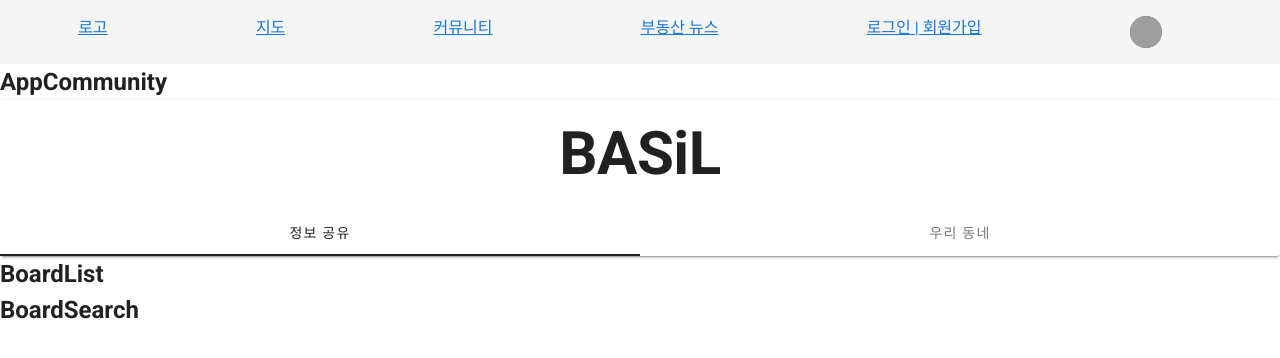
Repository: misso88/vue-whereIsMyHome
Page: /community
These files come from the project's save history. The page is drawn as it stood at one moment and after the next save; the edit follows.
The browser window is 1280 px wide. The pictures show the whole page.
The project was rebuilt for these pictures with package versions that can differ from the ones it lists, and the page was loaded fresh each time. Also part of the build but not shown: vue.config.js, src/views/AppMain.vue, src/components/house/sidebar/HouseListItem.vue, src/components/house/sidebar/HouseList.vue, src/components/house/sidebar/HouseListFilter.vue, src/components/house/sidebar/HouseSidebar.vue, src/components/house/map/HouseMapFilter.vue, src/components/house/map/HouseMap.vue and 2 more.

Above is the page before, as saved 2022-11-16 10:37:30.

After the next save:
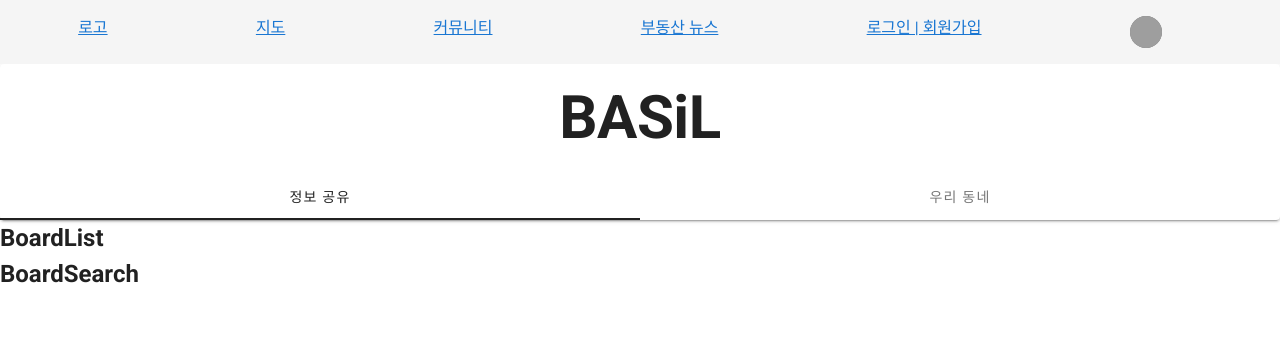
Saved 8 s later.
--- a/src/views/AppCommunity.vue
+++ b/src/views/AppCommunity.vue
@@ -1,6 +1,5 @@
 <template>
   <div>
-    <h2>AppCommunity</h2>
     <board-header></board-header>
     <router-view></router-view>
   </div>
